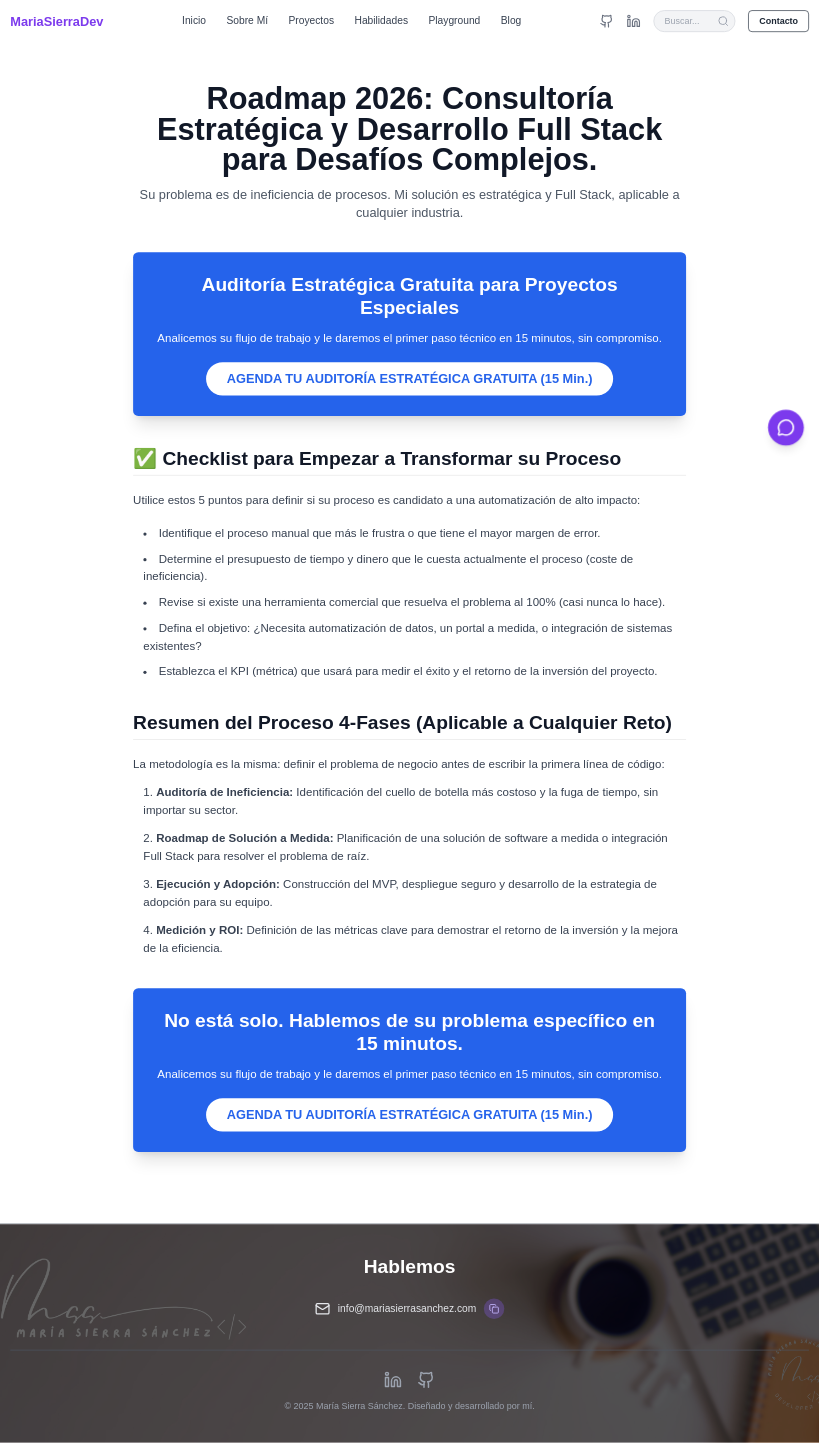
Repository: SierraMa1/SierraMa1.github.io
Page: /recursos/general
An editor plug-in stored every save of this project. The page is shown before and after the next save, followed by the edit.
The browser window is 1280 px wide. The pictures show the whole page, at 64% of full size.
The project was rebuilt for these pictures with package versions that can differ from the ones it lists, and the page was loaded fresh each time. The framework's server and built-in components were replaced by stand-ins that run in the browser. Also part of the build but not shown: next.config.ts, src/components/ChatWindow.jsx.

Above is the page before, as saved 2025-10-28 12:49:07.

After the next save:
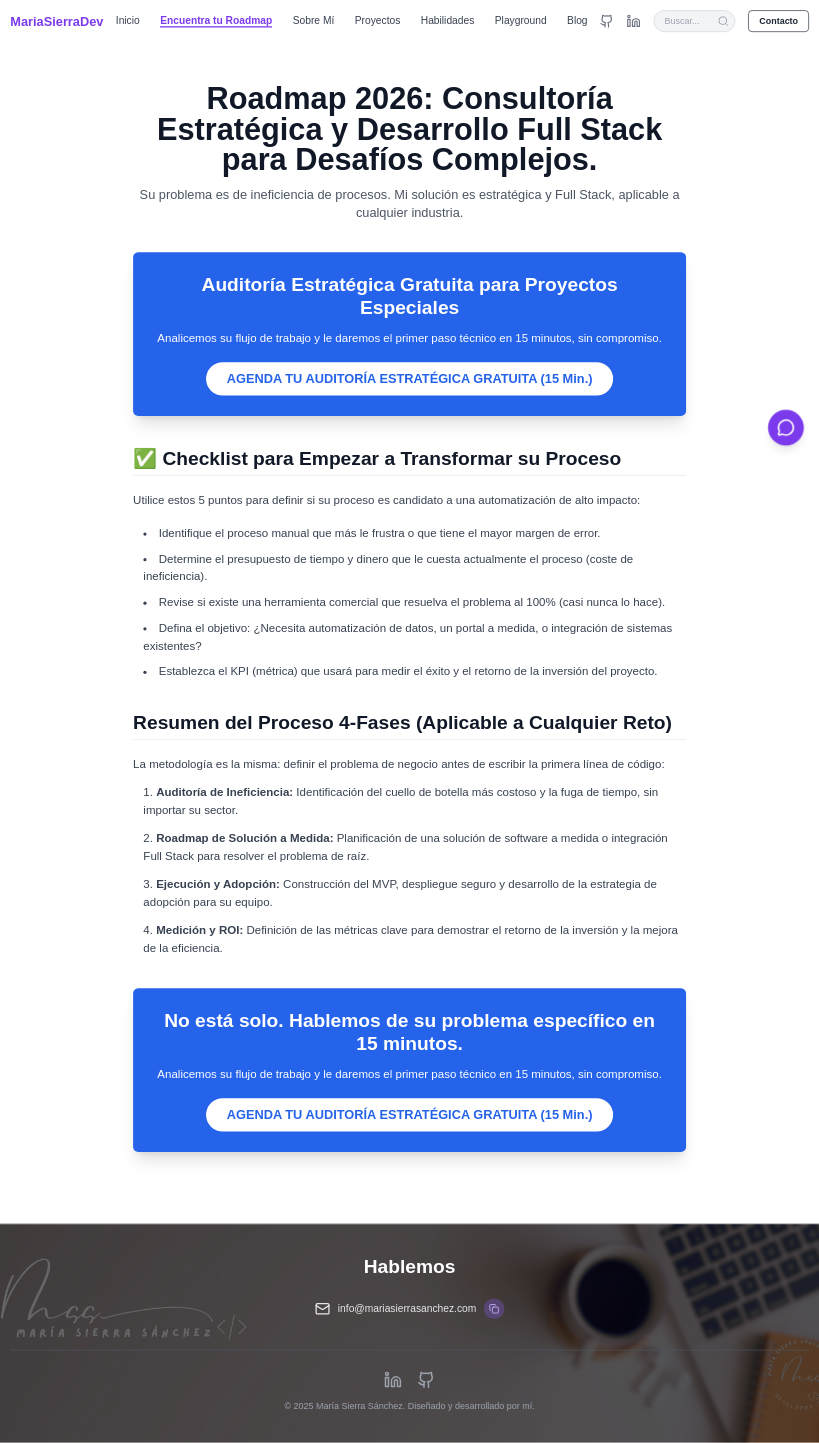
Saved 9 min 8 s later.
--- a/src/components/Header.tsx
+++ b/src/components/Header.tsx
@@ -3,23 +3,20 @@
 import { useState, useEffect } from 'react';
 import Link from 'next/link';
 import { Menu, X, Search, Github, Linkedin } from 'lucide-react';
+// Asumo que tienes un archivo de utilidades para cn (className merge)
 import { cn } from "@/lib/utils";
 
-// Lista centralizada de enlaces de navegación (escritorio y móvil)
+// 1. Defina el nuevo elemento de navegación (Roadmap) y el array combinado
+const roadmapItem = { href: "/#recursos", label: "Encuentra tu Roadmap", isPrimary: true };
 const navItems = [
   { href: "/#sobre-mi", label: "Sobre Mí" },
   { href: "/#proyectos", label: "Proyectos" },
   { href: "/#habilidades", label: "Habilidades" },
   { href: "/#playground", label: "Playground" },
   { href: "/#blog", label: "Blog" },
-
 ];
 
-// Definimos las propiedades que acepta el componente (incluyendo el término de búsqueda)
-interface HeaderProps {
-  searchTerm: string | undefined;
-  setSearchTerm: (term: string) => void;
-}
+const updatedNavItems = [roadmapItem, ...navItems]; // El Roadmap va primero
 
 export default function Header() {
   const [isMenuOpen, setIsMenuOpen] = useState(false);
@@ -69,16 +66,20 @@ export default function Header() {
             MariaSierraDev
           </Link>
 
-          {/* Menú de Navegación (Centrado) */}
+          {/* Menú de Navegación (Centrado - Escritorio) */}
           <nav className="hidden md:flex flex-grow justify-center">
             <ul className="flex items-center space-x-8">
               <li><Link href="/" className="text-gray-700 hover:text-violet-600 transition-colors">Inicio</Link></li>
-              {/* Renderizamos los navItems definidos arriba */}
-              {navItems.map((item) => (
+              {/* Renderizamos los updatedNavItems */}
+              {updatedNavItems.map((item) => (
                   <li key={item.href}>
                       <Link
                           href={item.href}
-                          className="text-gray-700 hover:text-violet-600 transition-colors"
+                          className={cn(
+                            "text-gray-700 hover:text-violet-600 transition-colors",
+                            // Aplicamos estilo destacado al nuevo enlace
+                            item.isPrimary && "font-bold text-violet-600 border-b-2 border-violet-600"
+                          )}
                       >
                           {item.label}
                       </Link>
@@ -124,13 +125,16 @@ export default function Header() {
         <nav className="md:hidden bg-white p-4">
           <ul className="flex flex-col space-y-4">
             <li><Link href="/" onClick={() => setIsMenuOpen(false)} className="hover:text-violet-600">Inicio</Link></li>
-            {/* Renderizamos los navItems definidos arriba */}
-             {navItems.map((item) => (
+            {/* Renderizamos los updatedNavItems para móvil */}
+             {updatedNavItems.map((item) => (
                   <li key={item.href}>
                       <Link
                           href={item.href}
                           onClick={() => setIsMenuOpen(false)}
-                          className="hover:text-violet-600"
+                          className={cn(
+                            "hover:text-violet-600",
+                            item.isPrimary && "font-bold text-violet-600"
+                          )}
                       >
                           {item.label}
                       </Link>
